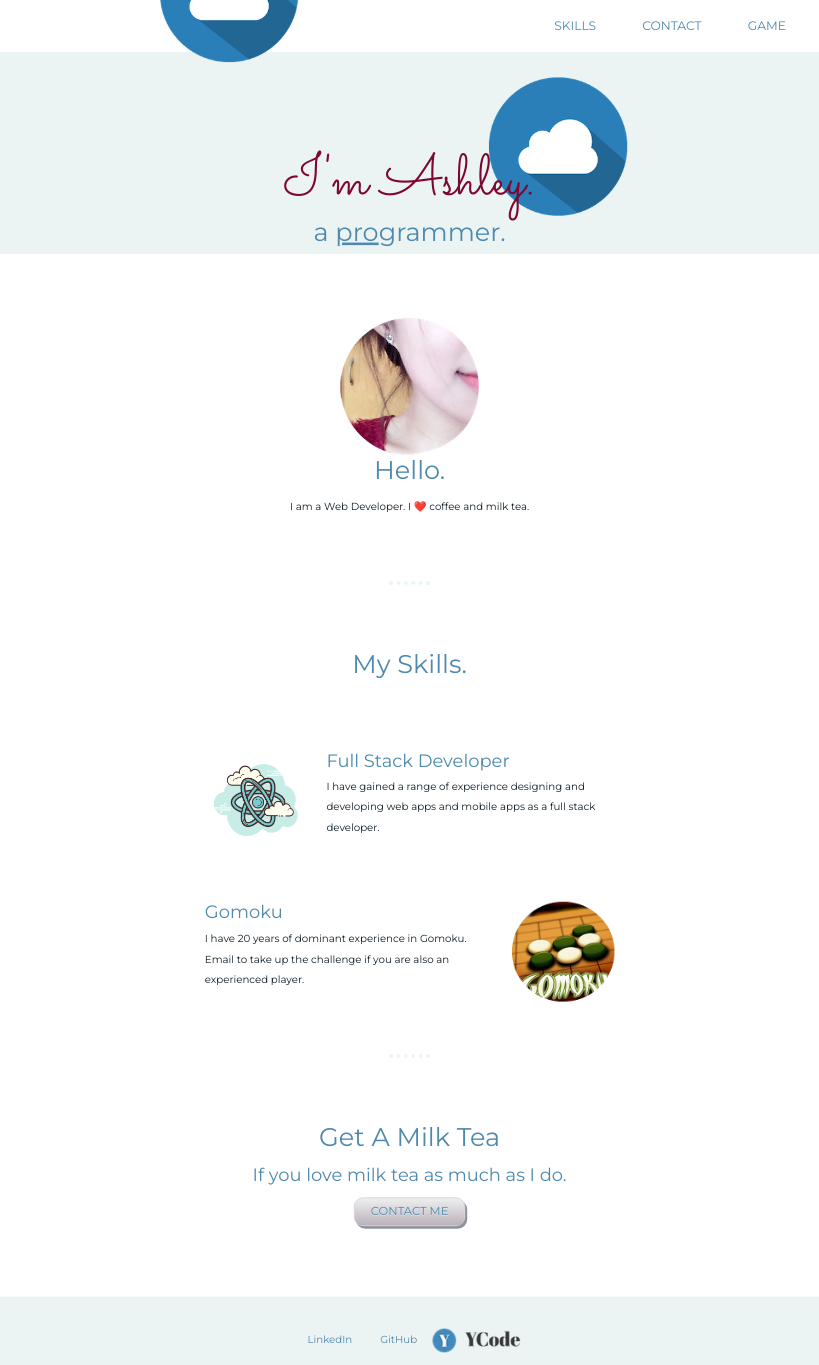
Repository: nosugarpls/YCode-my-website
Page: index.html
The author's editor kept a copy of each file at every save. The page is drawn from the files as they stood at one save, then again after the next save.
The browser window is 1280 px wide. The pictures show the whole page, at 64% of full size.

Above is the page before, as saved 2020-09-25 10:03:42.

### index.html
<!DOCTYPE html>
<html>
<head>
  <meta charset="utf-8">
  <title>Ashley(Yu) Shi</title>


  <!-- CSS Stylesheets -->
  <link rel="stylesheet" href="https://stackpath.bootstrapcdn.com/bootstrap/4.5.2/css/bootstrap.min.css" integrity="sha384-JcKb8q3iqJ61gNV9KGb8thSsNjpSL0n8PARn9HuZOnIxN0hoP+VmmDGMN5t9UJ0Z" crossorigin="anonymous">
  <link rel="stylesheet" href="css/styles.css">
  <link href="https://fonts.googleapis.com/css?family=Merriweather|Montserrat|Sacramento" rel="stylesheet">
  <link rel="icon" href="images/YLogo.png">


  <!-- Bootstrap Scripts -->
  <script src="https://code.jquery.com/jquery-3.5.1.slim.min.js" integrity="sha384-DfXdz2htPH0lsSSs5nCTpuj/zy4C+OGpamoFVy38MVBnE+IbbVYUew+OrCXaRkfj" crossorigin="anonymous"></script>
  <script src="https://cdn.jsdelivr.net/npm/popper.js@1.16.1/dist/umd/popper.min.js" integrity="sha384-9/reFTGAW83EW2RDu2S0VKaIzap3H66lZH81PoYlFhbGU+6BZp6G7niu735Sk7lN" crossorigin="anonymous"></script>
  <script src="https://stackpath.bootstrapcdn.com/bootstrap/4.5.2/js/bootstrap.min.js" integrity="sha384-B4gt1jrGC7Jh4AgTPSdUtOBvfO8shuf57BaghqFfPlYxofvL8/KUEfYiJOMMV+rV" crossorigin="anonymous"></script>
</head>

<body>

  <!-- Nav Bar -->
  <nav class="navbar navbar-expand-lg navbar-light">
    <button class="navbar-toggler" type="button" data-toggle="collapse" data-target="#navbarToggler">
        <span class="navbar-toggler-icon"></span>
    </button>

    <div class="collapse navbar-collapse" id="navbarToggler">
      <ul class="navbar-nav ml-auto">
        <li class="nav-item">
          <a class="nav-link" href="#skills">SKILLS</a>
        </li>
        <li class="nav-item">
          <a class="nav-link" href="#contact">CONTACT</a>
        </li>
        <li class="nav-item">
          <a class="nav-link" href="piano.html">GAME</a>
        </li>
      </ul>
    </div>
  </nav>


  <div class="top-container">
    <img class="top-cloud" src="images/cloud.png" alt="cloud">
    <div class="title-text">
      <h1>I'm Ashley.</h1>
      <h2>a <span class="pro">pro</span>grammer.</h2>
    </div>
    <img class="bottom-cloud" src="images/cloud.png" alt="cloud">
  </div>

  <div class="middle-container">
    <div class="profile">
      <img src="images/ashely.png" alt="ashley-profile-img">
      <h2>Hello.</h2>
      <p class="intro">I am a Web Developer. I ❤️ coffee and milk tea.</p>
    </div>
    <hr>
    <div class="skills" id="skills">
      <h2>My Skills.</h2>
      <div class="skill-row">
        <img class="react-img" src="images/react.png" alt="react-img">
        <h3>Full Stack Developer</h3>
        <p>I have gained a range of experience designing and developing web apps and mobile apps as a full stack developer.</p>
      </div>
      <div class="skill-row">
        <img class="game-img" src="images/game.png" alt="game-img">
        <h3>Gomoku</h3>
        <p>I have 20 years of dominant experience in Gomoku. Email to take up the challenge if you are also an experienced player.</p>
      </div>

    </div>
    <hr>
    <div class="contact-me" id="contact">
      <h2>Get A Milk Tea</h2>
      <h3>If you love milk tea as much as I do.</h3>
      <a class="btn" href="mailto:coloraworld@gmail.com">CONTACT ME</a>
    </div>
  </div>


  <div class="bottom-container">
    <a href="https://www.linkedin.com/in/yu-ashley-shi-328239197/">LinkedIn</a>
    <a href="https://github.com/nosugarpls">GitHub</a>
    <img src="images/logo.png" alt="img">
  </div>
</body>
</html>

### css/styles.css
body {
  color: #40514E;
  margin: 0;
  text-align: center;
  font-family: 'Merriweather', serif;
}

h1 {
  color: #7d0633;
  font-size: 5.625rem;
  margin: 50px auto 0 auto;
  font-family: 'Sacramento', cursive;
  z-index: 1;
  position: relative;
}

h2 {
  color: #4e89ae;
  font-family: 'Montserrat', sans-serif;
  font-size: 2.5rem;
  font-weight: normal;
  padding-bottom: 10px;
}

h3 {
  color: #4e89ae;
  font-family: 'Montserrat', sans-serif;
}

p {
  line-height: 2;
  color: #0f1e27;
  font-family: 'Montserrat', sans-serif;
}

hr {
  border: dotted #EAF6F6 6px;
  border-bottom: none;
  width: 4%;
  margin: 100px auto;
}

a {
  color: #4e89ae;
  font-family: 'Montserrat', sans-serif;
  margin: 10px 20px;
  text-decoration: none;
}


.top-container {
  background-color: #ecf4f3;
  position: relative;
  padding-top: 100px;
}

.middle-container {
  margin: 100px 0;
}

.bottom-container {
  background-color: #ecf4f3;
  padding: 50px 0 20px;
}

.skill-row {
  width: 50%;
  margin: 100px auto 100px auto;
  text-align: left;
}

.pro {
  text-decoration: underline;
}

.intro {
  width: 30%;
  margin: auto;
  color: #0f1e27;
  font-family: 'Montserrat', sans-serif;
}

.contact-message {
  width: 40%;
  margin: 40px auto 60px;
}

.top-cloud {
  position: absolute;
  right: 300px;
  top: 40px;
}

.bottom-cloud {
  position: absolute;
  left: 250px;
  bottom: 300px;
}

.react-img {
  width: 25%;
  float: left;
  margin-right: 30px;
}

.game-img {
  width: 25%;
  float: right;
  margin-left: 30px;
}

.btn {
	box-shadow: 3px 4px 0px 0px #899599;
	background:linear-gradient(to bottom, #ededed 5%, #bab1ba 100%);
	background-color:#ededed;
	border-radius:15px;
	border:1px solid #d6bcd6;
	display:inline-block;
	cursor:pointer;
	color:#4e89ae;
  font-family: 'Montserrat', sans-serif;
	font-size:18px;
	padding:8px 25px;
	text-decoration:none;
	text-shadow:0px 1px 0px #e1e2ed;
}

.btn:hover {
	background:linear-gradient(to bottom, #bab1ba 5%, #ededed 100%);
	background-color:#bab1ba;
}

.btn:active {
	position:relative;
	top:1px;
}

/* Navigation Bar */

.nav-item {
  padding: 0 8px;
}

.nav-link {
  font-size: 1.2rem;
  font-family: 'Montserrat', sans-serif;
  color: #4e89ae !important;
  z-index: 2;
  position:relative;
}

After the next save:
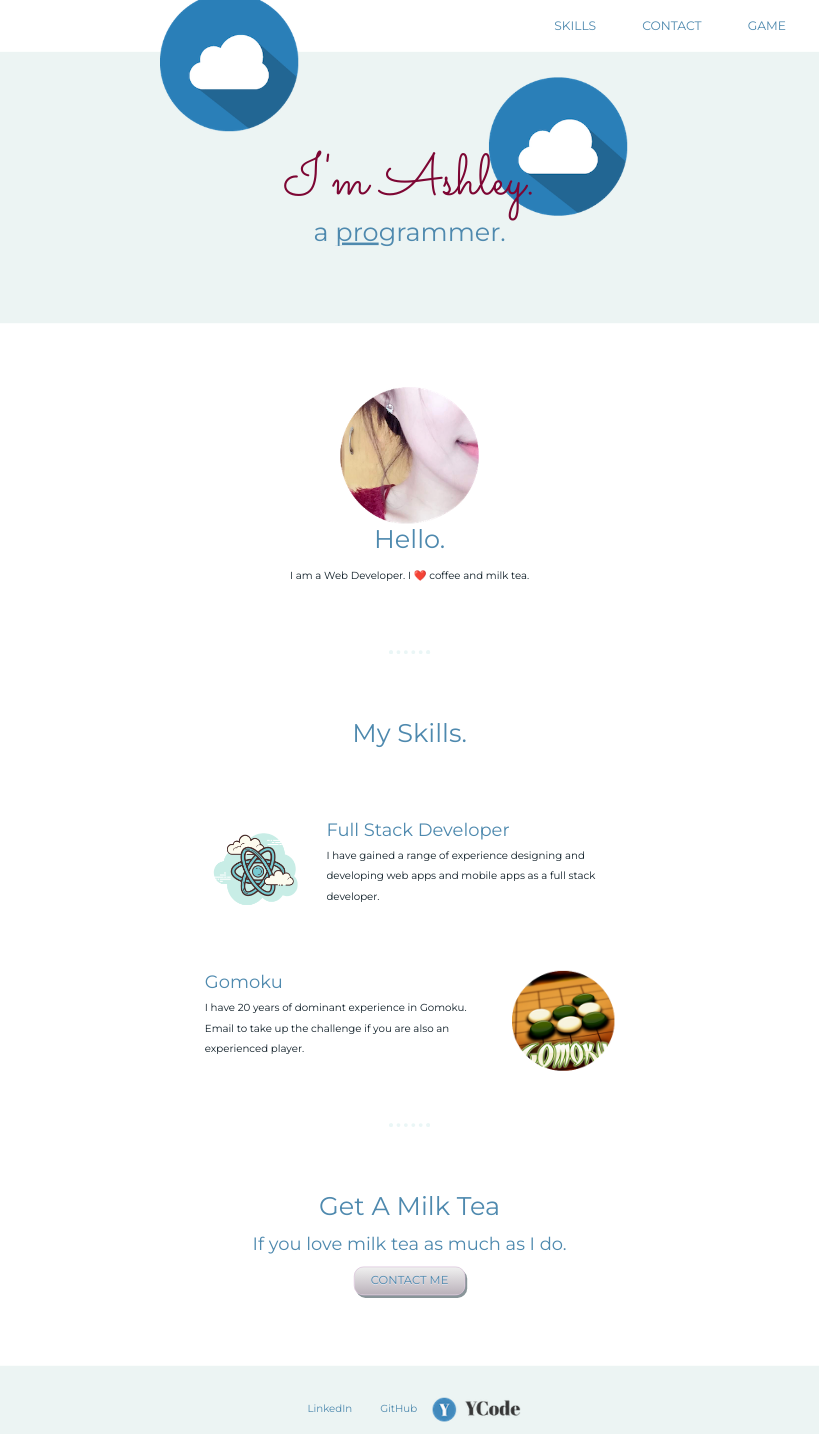
Saved 3 min 32 s later.
--- a/css/styles.css
+++ b/css/styles.css
@@ -52,6 +52,7 @@ a {
   background-color: #ecf4f3;
   position: relative;
   padding-top: 100px;
+  padding-bottom: 100px;
 }
 
 .middle-container {
